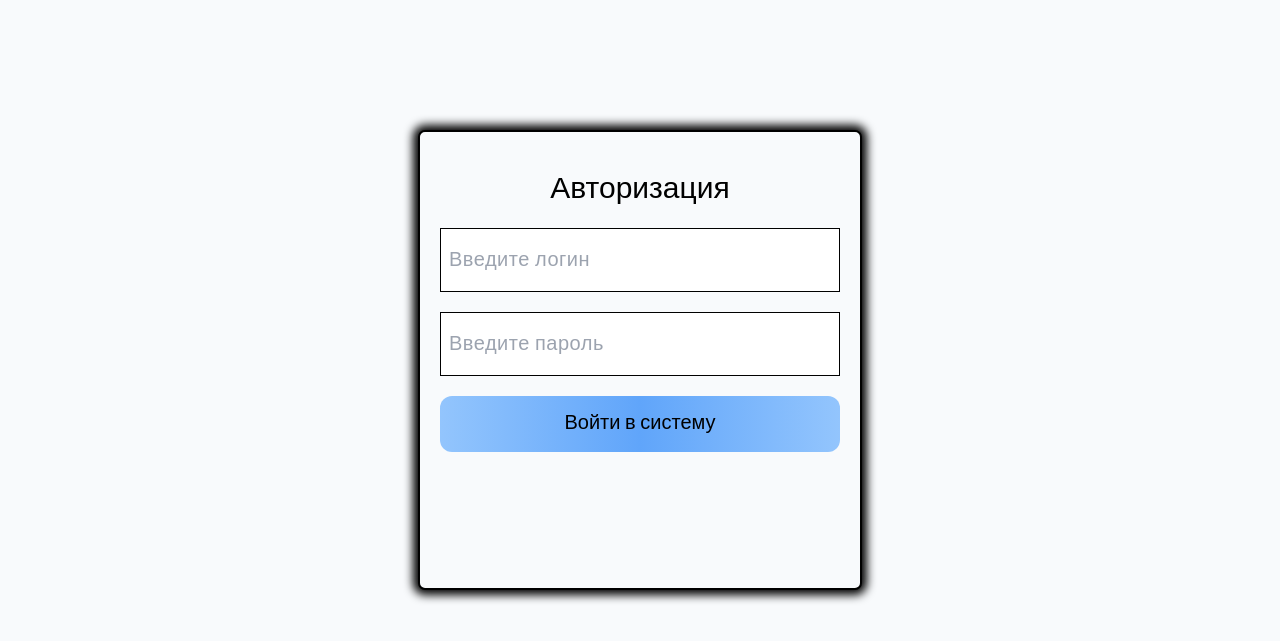
Repository: AlearvickOne/CartridgesApp
Page: /
The author's editor kept a copy of each file at every save. The page is drawn from the files as they stood at one save, then again after a run of saves.
The browser window is 1280 px wide. The pictures show the whole page.
The page's requests for data from a server got no answer. The project was rebuilt for these pictures with package versions that can differ from the ones it lists, and the page was loaded fresh each time. The framework's server and built-in components were replaced by stand-ins that run in the browser. No one was signed in, and anything a server would have sent is missing. Also part of the build but not shown: next.config.mjs.

Above is the page before, as saved 2024-04-19 16:01:40.

After the next 3 saves:
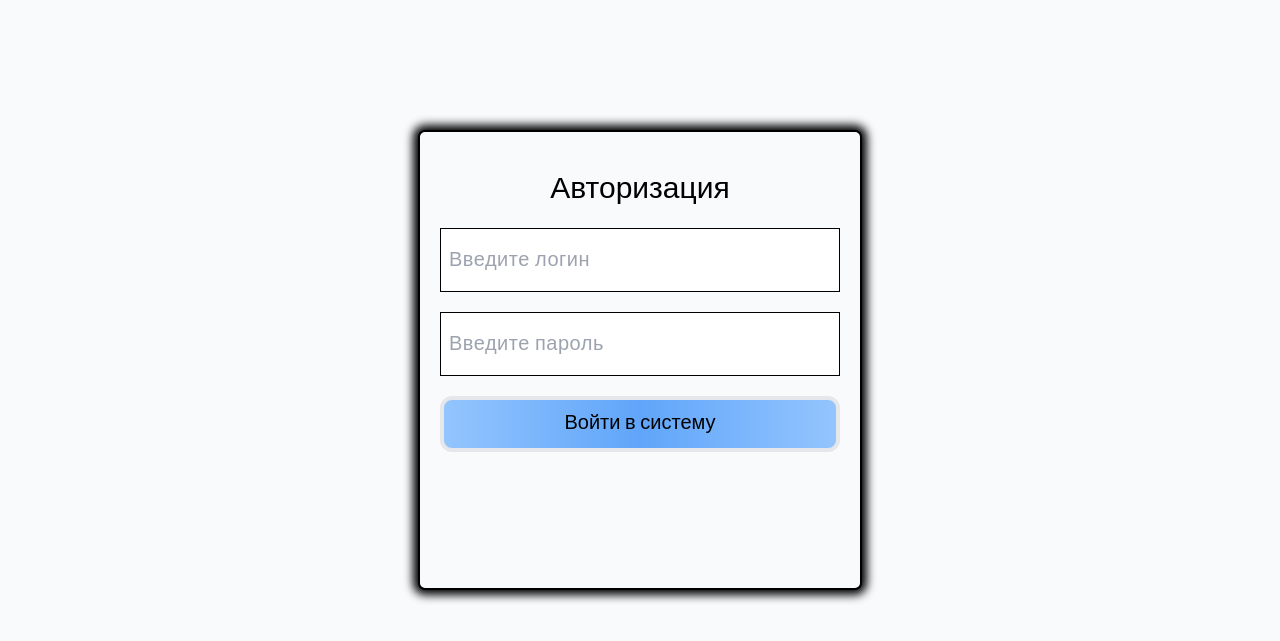
The 3 saves are shown as one change because they came seconds apart.
The last was saved 45 s later.
--- a/src/styles/home/Home.module.scss
+++ b/src/styles/home/Home.module.scss
@@ -16,7 +16,7 @@
       }
 
       > button {
-        @apply p-2 rounded-xl hover:text-violet-200 text-black h-14 bg-gradient-to-r from-blue-300 via-blue-400 to-blue-300 text-xl;
+        @apply p-2 rounded-xl hover:text-violet-200 text-black h-14 bg-gradient-to-r from-blue-300 via-blue-400 to-blue-300 text-xl border-4;
       }
     }
   }
